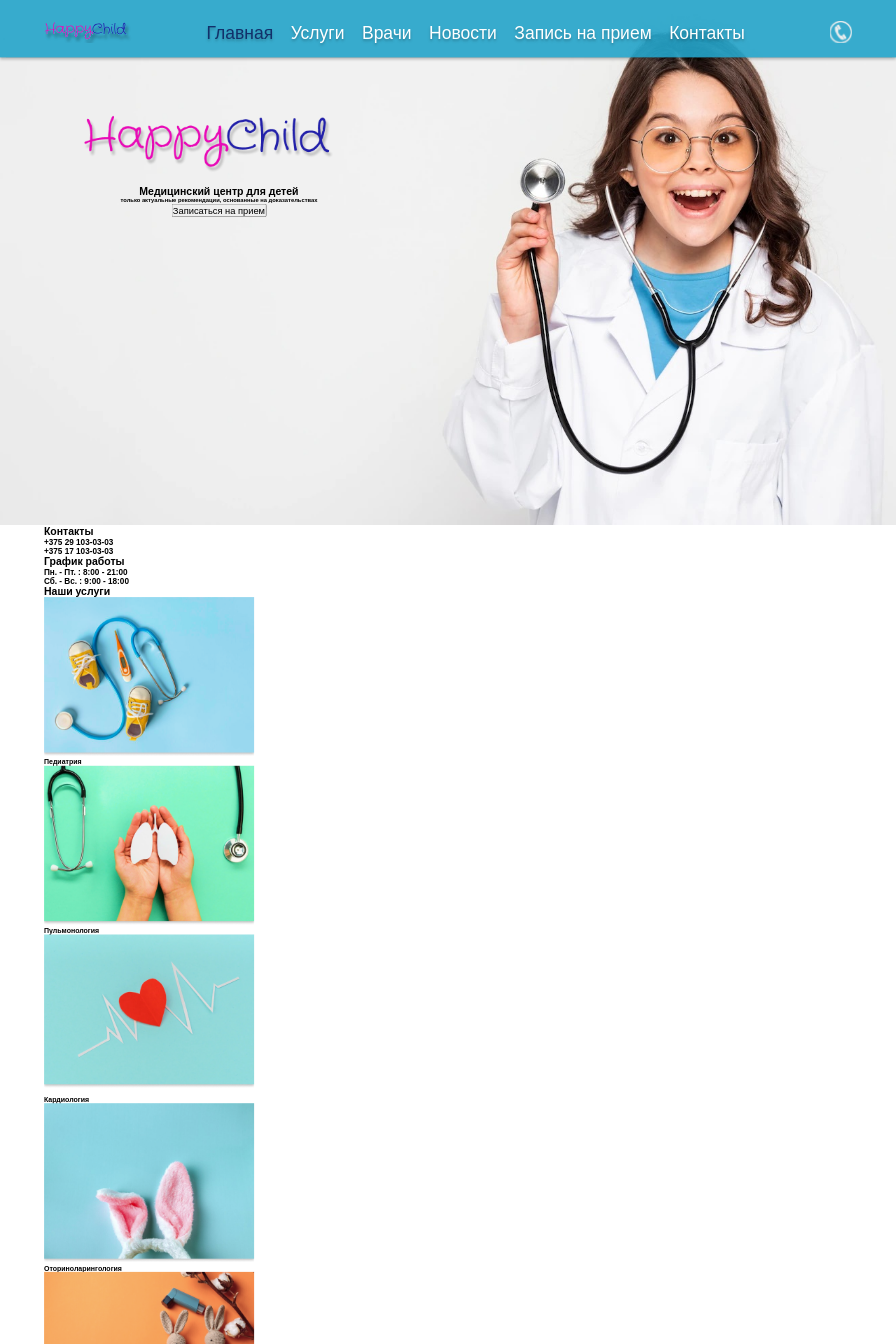
Repository: Normandy72/Landing-Page-Happy-Child
Page: index.html
An editor plug-in stored every save of this project. The page is shown before and after the next save, followed by the edit.
The browser window is 1280 px wide. The pictures show the part of the page from y = 0 to 1920 px (the page is 7728 px tall), at 70% of full size.
Some web fonts or font styles are not loaded; a fallback is used.

Above is the page before, as saved 2022-11-11 23:00:09.
Not found: styles/doctors_card.css
Not found: styles/news_card.css
Not found: styles/services_card.css

After the next save:
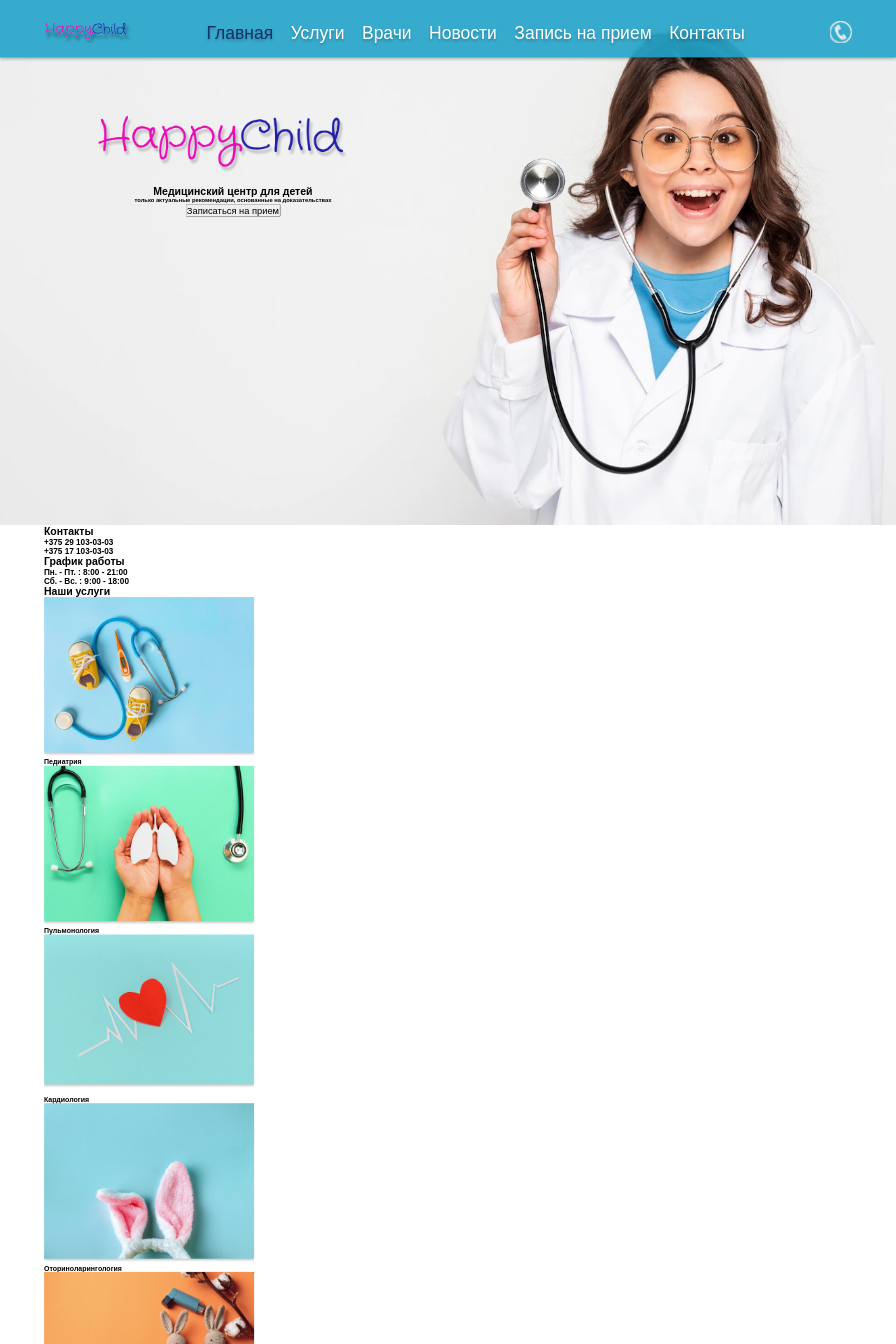
Saved 16 s later.
--- a/styles/section_main.css
+++ b/styles/section_main.css
@@ -8,7 +8,7 @@
 
 .main__text{
     padding-top: 165px;
-    width: 500px;
+    width: 540px;
     display: flex;
     flex-direction: column;
     align-items: center;
